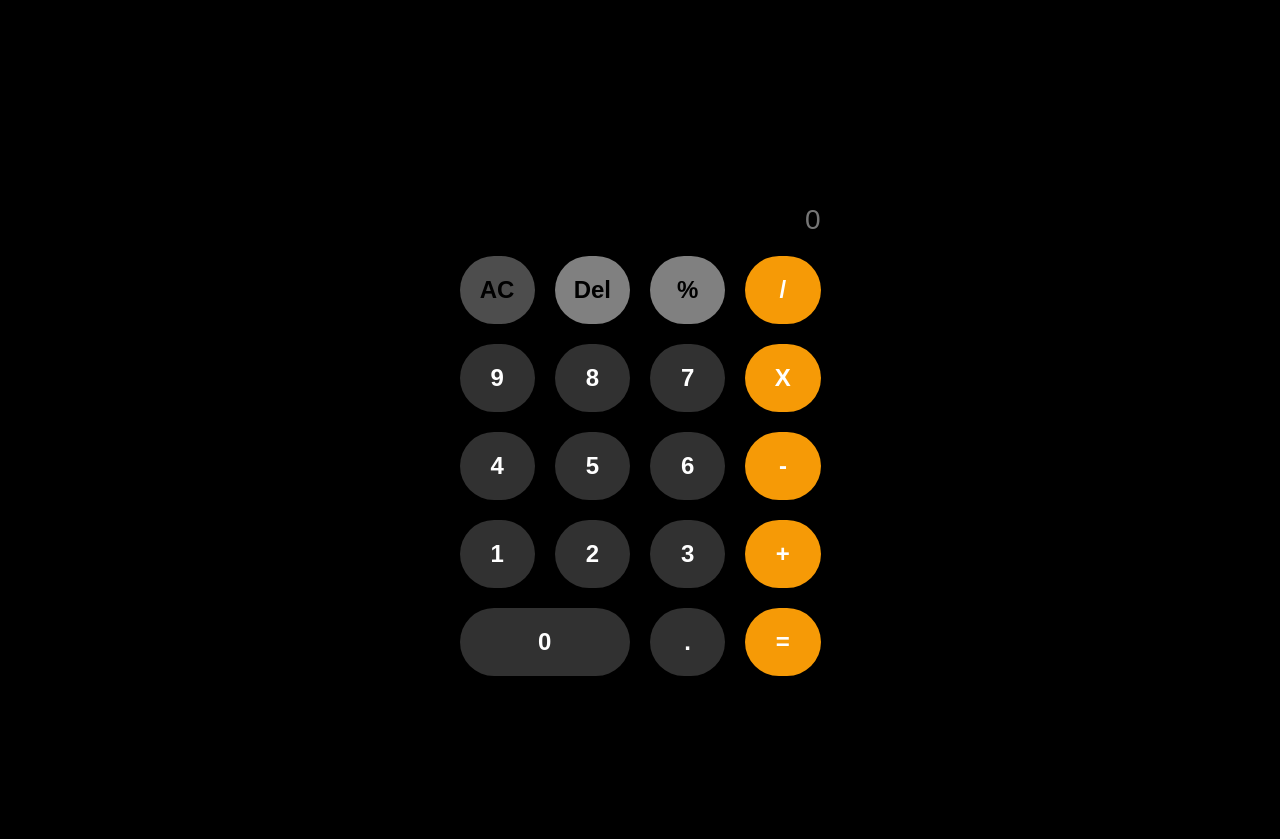
Repository: ble-syn/reactCalculator
Page: /
The author's editor kept a copy of each file at every save. The page is drawn from the files as they stood at one save, then again after the next save.
The browser window is 1280 px wide. The pictures show the whole page.
The pointer rests on the first visible `button`.
The project was rebuilt for these pictures with package versions that can differ from the ones it lists, and the page was loaded fresh each time.

Above is the page before, as saved 2022-10-06 21:21:04.

### src/index.css
*{
  margin: 0;
  box-sizing: border-box;
}

body{
  display: flex;
  justify-content: center;
  align-items: center;
  flex-direction: column;
  background-color: #000;
  color: #fff;
  margin: 12% auto;
}
.container {
  max-width: 1200px;
  padding: 10px;
}
#calculator-display {
  border: none;
  width: 100%;
  text-align: right;
  font-size: 28px;
  padding: 50px 10px 10px;
  color: #fff;
  background-color: #000;
}

.calculator-keys{
  display: grid;
  grid-template-columns: repeat(4, 1fr);
  grid-gap: 20px;
  margin: 10px;
}
button {
  padding: 20px 15px;
  display: grid;
  place-items: center;
  outline: none;
  border-radius: 50px;
  font-weight: 700;
  border: none;
  color: #fff;
  background-color: #313131;
  font-size: 24px;
  cursor: pointer;
}
button:hover {
  background-color: #4d4d4d;
}
.zero {
  grid-column: 1/3;
}
.gray {
  background-color: gray;
  color: #000;
}
.yellow {
  background-color: #F69A06;
}

### src/App.js
import {useState} from "react";

function App() {
  const [numDisplay, setNumDisplay] = useState("")

const numClick = (event) => {
      event.preventDefault()
      let value = event.target.value
      setNumDisplay(numDisplay + value)
}


const deleteNum = () => {
  setNumDisplay(numDisplay.slice(0, -1))
}
const reset = () => {
  setNumDisplay("")
}
const percent = () => {
  setNumDisplay(numDisplay / 100)
}
const equals = () => {
  setNumDisplay(eval(numDisplay))
}

  return (
    <main id="container">
      <div class="calculator">
          <div><input id="calculator-display" type="text" placeholder="0" value={numDisplay} /></div>

          <div class="calculator-keys">
              <button onClick={reset} value=" " class="gray">AC</button>
              <button onClick={deleteNum} value="" class="gray">Del</button>
              <button onClick={percent} value="%" class="gray">%</button>
              <button onClick={numClick} value="/" class="yellow">/</button>
              <button onClick={numClick} value="9">9</button>
              <button onClick={numClick} value="8">8</button>
              <button onClick={numClick} value="7" >7</button>
              <button onClick={numClick} value="*" class="yellow">X</button>
              <button onClick={numClick} value="4">4</button>
              <button onClick={numClick} value="5">5</button>
              <button onClick={numClick} value="6">6</button>
              <button onClick={numClick} value="-" class= "yellow">-</button>
              <button onClick={numClick} value="1">1</button>
              <button onClick={numClick} value="2">2</button>
              <button onClick={numClick} value="3">3</button>
              <button onClick={numClick} value="+" class="yellow">+</button>
              <button onClick={numClick} value="0" class="zero" >0</button>
              <button onClick={numClick} value="." data-action="decimal">.</button>
              <button onClick={equals} value="=" class="yellow">=</button>
          </div>
      </div>
    </main>
  )
}

export default App;

Loaded but not shown: public/index.html (common file); src/index.js (common file); src/reportWebVitals.js (common file); public/manifest.json (common file)

After the next save:
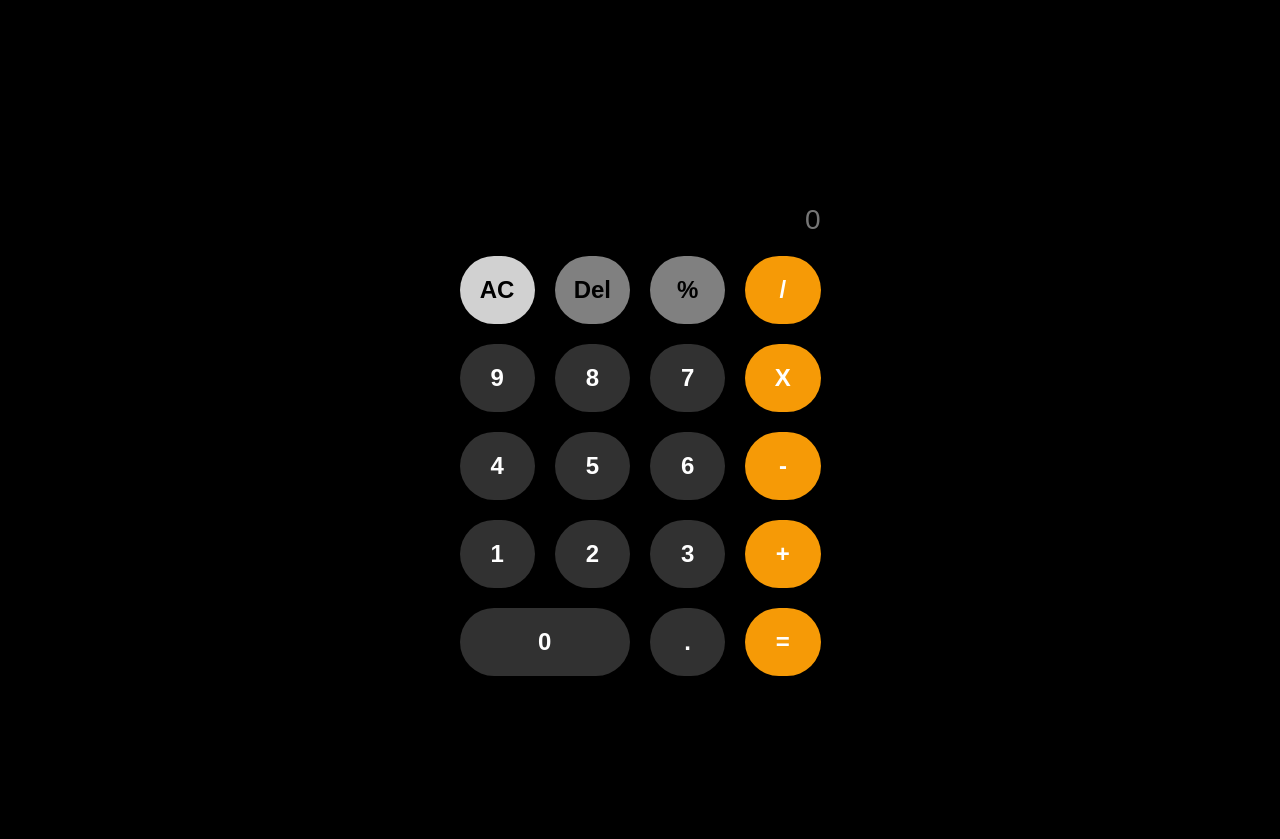
Saved 31 s later.
--- a/src/index.css
+++ b/src/index.css
@@ -46,7 +46,7 @@ button {
   cursor: pointer;
 }
 button:hover {
-  background-color: #4d4d4d;
+  background-color: #D1D1D1;
 }
 .zero {
   grid-column: 1/3;
